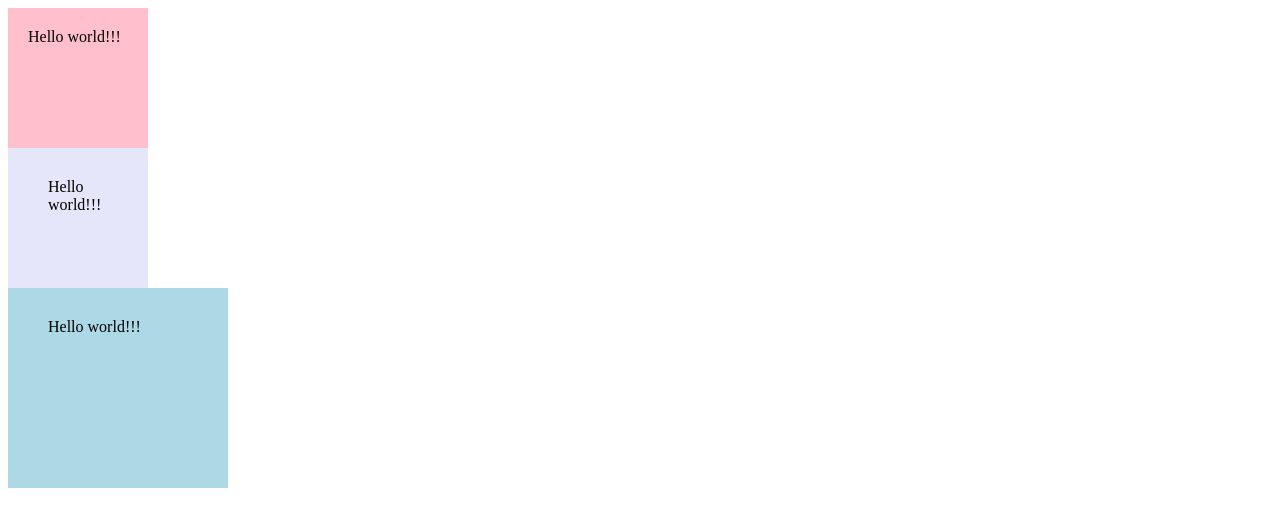
Repository: sangah-park98/jsp-class
Page: k20230508_1_css/src/main/webapp/15_박스모델5.html
An editor plug-in stored every save of this project. The page is shown before and after the next save, followed by the edit.
The browser window is 1280 px wide. The pictures show the whole page.

Above is the page before, as saved 2023-05-09 01:11:49.

After the next save:
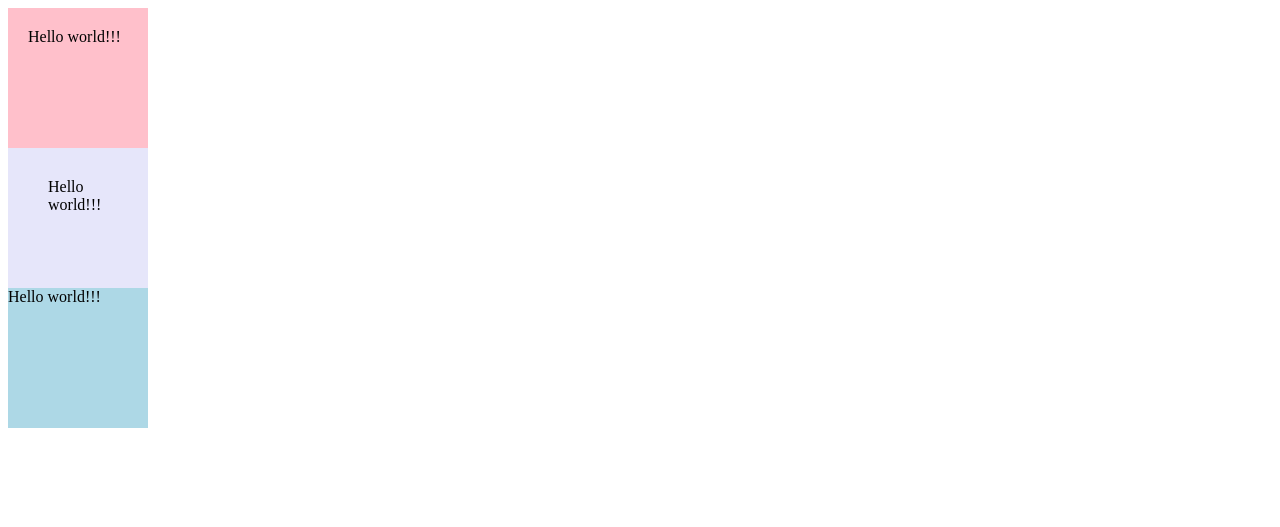
Saved 87 s later.
--- a/k20230508_1_css/src/main/webapp/15_박스모델5.html
+++ b/k20230508_1_css/src/main/webapp/15_박스모델5.html
@@ -42,7 +42,8 @@
 			width: 140px;
 			height: 140px;
 			background-color: lightblue;
-			padding: 30px 40px;
+
+			box-sizing: border-box;
 		}
 </style>
 </head>
